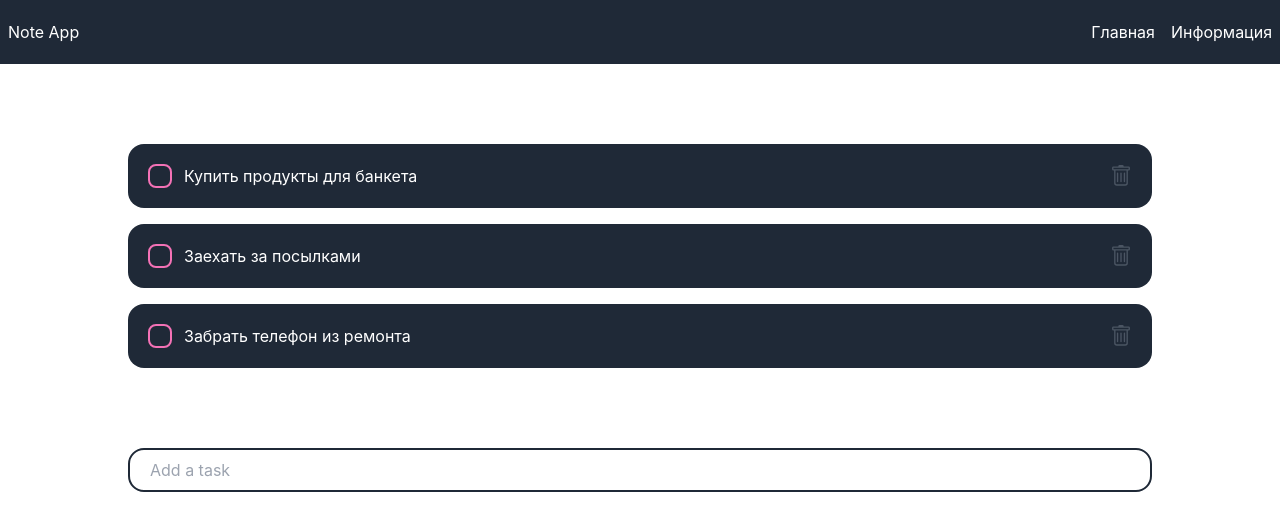
Repository: VachArt/react-exam-work
Page: /
An editor plug-in stored every save of this project. The page is shown before and after the next save, followed by the edit.
The browser window is 1280 px wide. The pictures show the whole page.
The project was rebuilt for these pictures with package versions that can differ from the ones it lists, and the page was loaded fresh each time. Also part of the build but not shown: src/components/pages/About/About.jsx.

Above is the page before, as saved 2022-04-27 23:30:20.

After the next save:
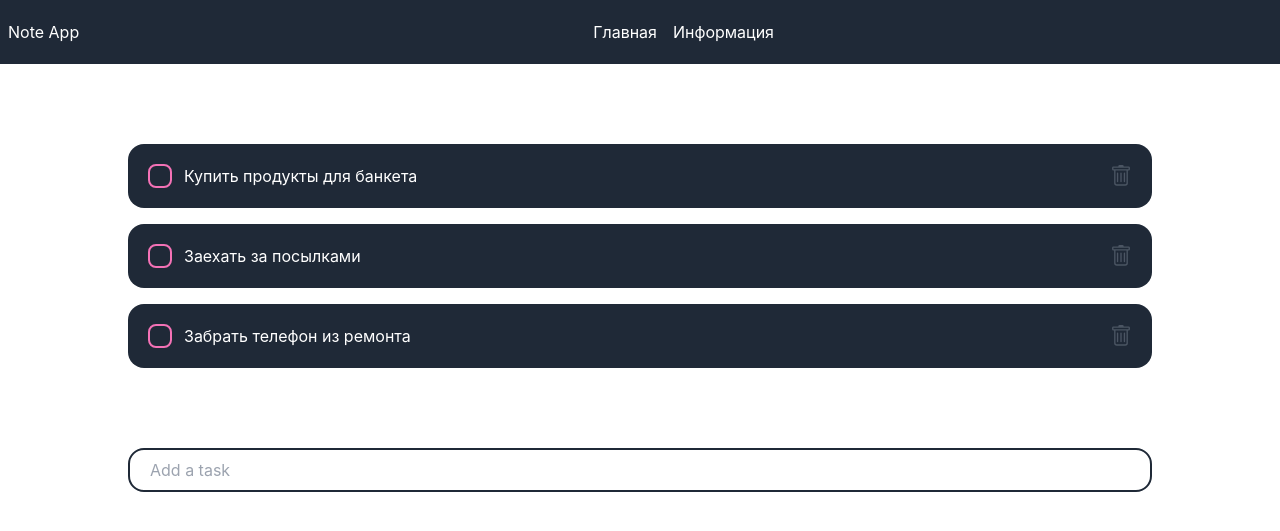
Saved 20 s later.
--- a/src/components/pages/Home/Navbar.jsx
+++ b/src/components/pages/Home/Navbar.jsx
@@ -6,7 +6,7 @@
         <div className='navbar-brand p-2'>
             Note App
         </div>
-        <ul className="flex items-center justify-between">
+        <ul className="flex items-center justify-between mx-auto">
             <li className="px-2 hover:">
                 <NavLink
                     to="/"

After the save that followed:
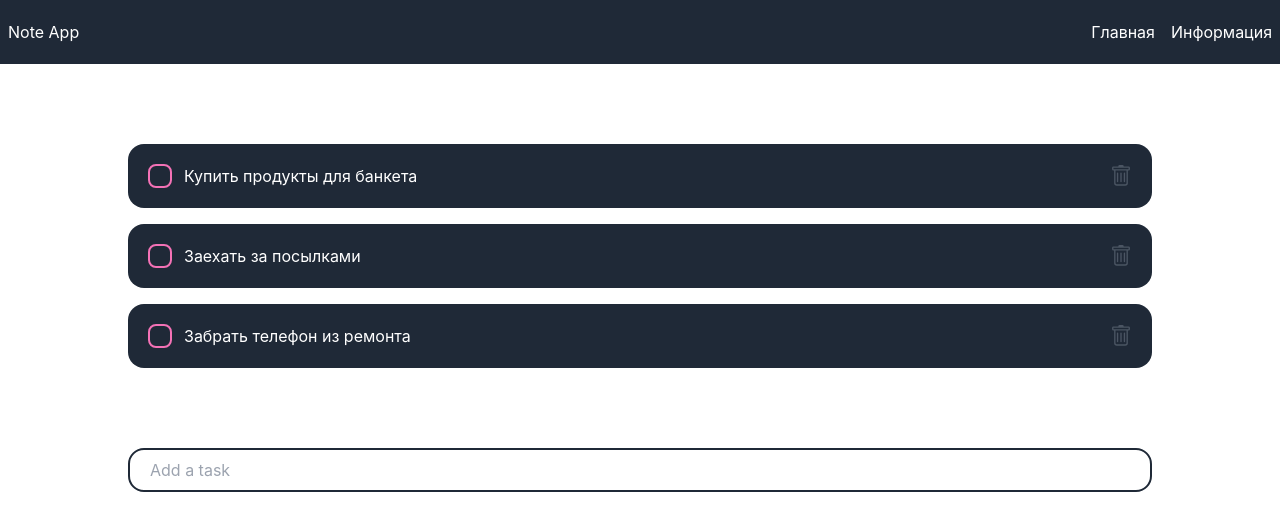
Saved 18 s later.
--- a/src/components/pages/Home/Navbar.jsx
+++ b/src/components/pages/Home/Navbar.jsx
@@ -2,11 +2,11 @@
 import {NavLink} from 'react-router-dom'
 
 export const Navbar = () => (
-    <nav className='bg-gray-800 flex items-center justify-between h-16 text-white'>
+    <nav className='bg-gray-800 flex items-center justify-between h-16 text-white mx-auto'>
         <div className='navbar-brand p-2'>
             Note App
         </div>
-        <ul className="flex items-center justify-between mx-auto">
+        <ul className="flex items-center justify-between">
             <li className="px-2 hover:">
                 <NavLink
                     to="/"
